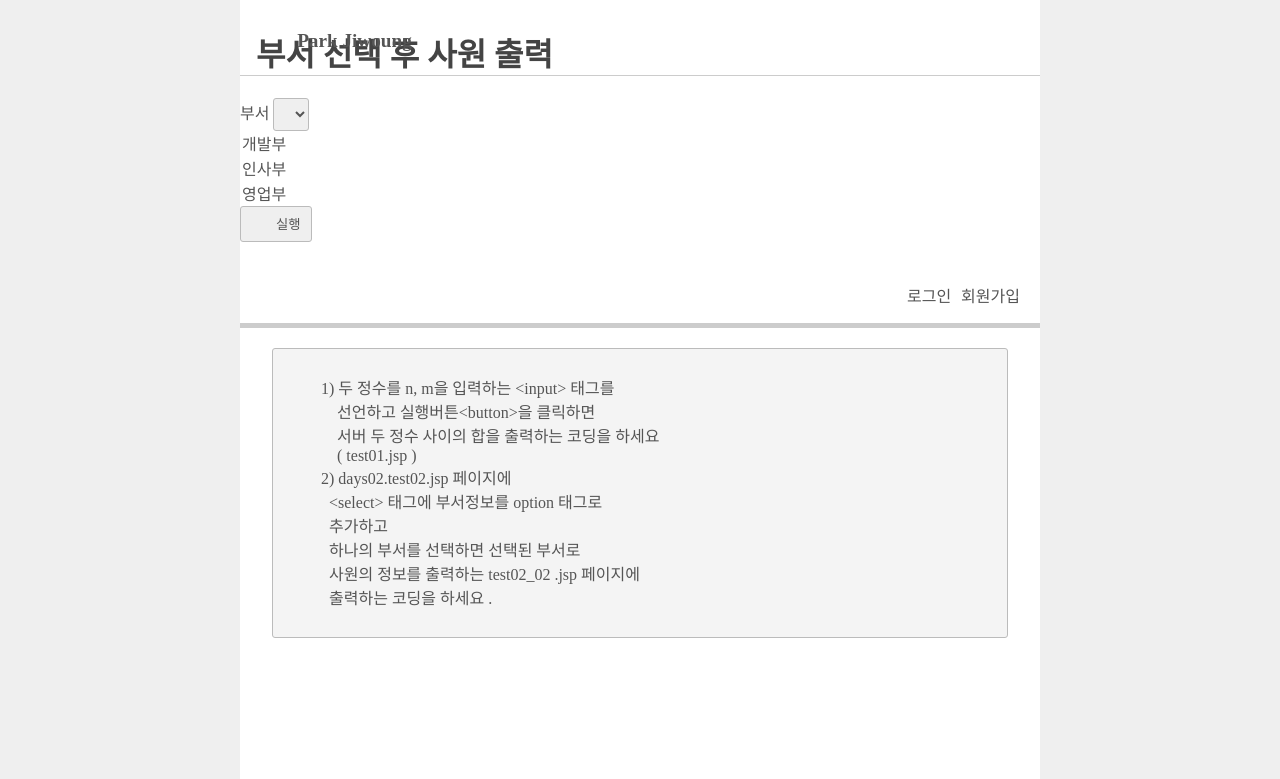
Repository: park-jiwoong/webClass
Page: http://localhost/jspPro/days02/ex01_02.jsp
The author's editor kept a copy of each file at every save. The page is drawn from the files as they stood at one save, then again after the next save.
The browser window is 1280 px wide. The pictures show the whole page.
Some web fonts or font styles are not loaded; a fallback is used. The page is served by Tomcat 9.

Above is the page before, as saved 2025-05-22 00:30:15.

After the next save:
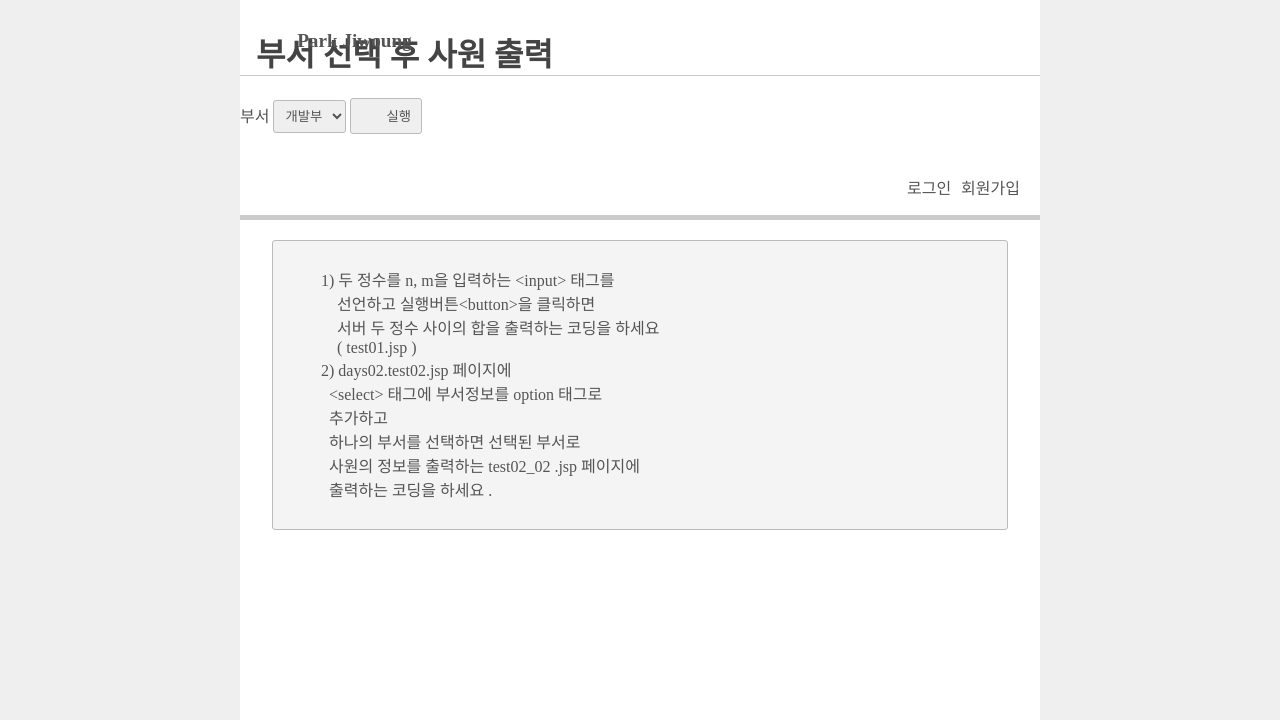
Saved 11 s later.
--- a/webPro/src/main/webapp/JSPClass/jspPro/src/main/webapp/days02/ex01_02.jsp
+++ b/webPro/src/main/webapp/JSPClass/jspPro/src/main/webapp/days02/ex01_02.jsp
@@ -19,10 +19,11 @@
 	<h1>부서 선택 후 사원 출력</h1>
 	<form action="test02.jsp" method="get">
 	<label for="dept">부서</label>
-	<select id="dept" name="dept"></select>
+	<select id="dept" name="dept">
 		<option id="dept">개발부</option>
 		<option id="dept">인사부</option>
 		<option id="dept">영업부</option>
+	</select>
 	<button typ="submit">실행</button>
 	</form>
 <header>
